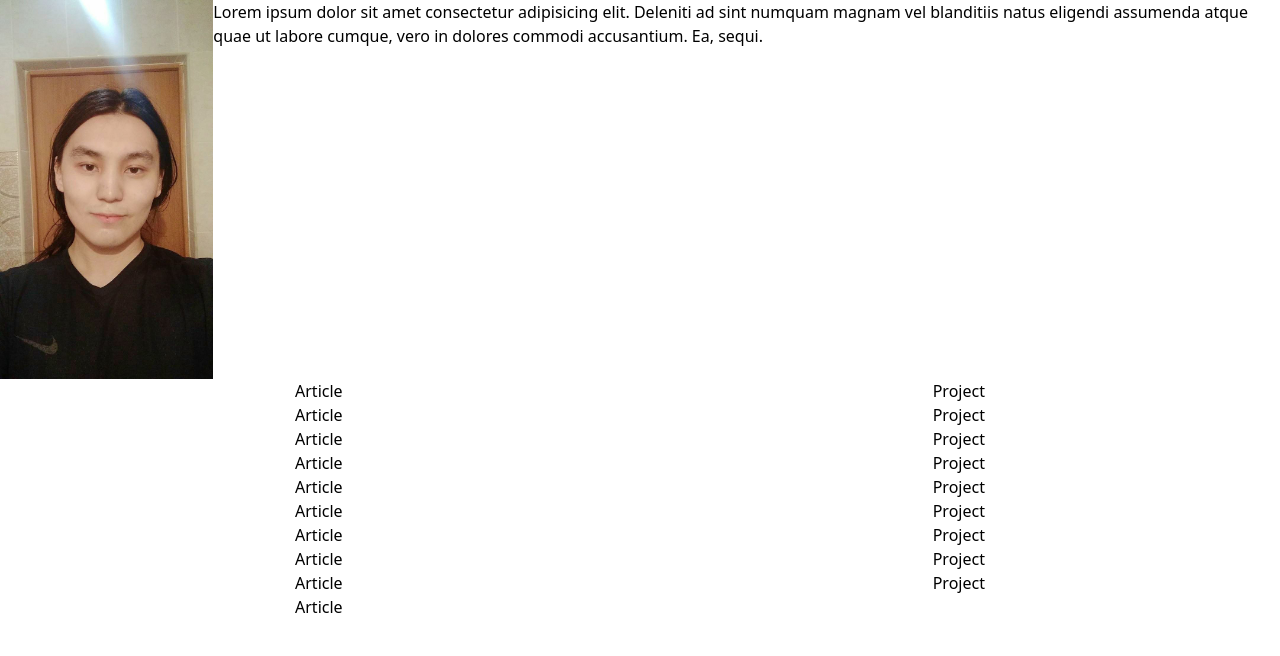
Repository: SkuldFuture/my-app
Page: /
An editor plug-in stored every save of this project. The page is shown before and after the next save, followed by the edit.
The browser window is 1280 px wide. The pictures show the whole page.
The project was rebuilt for these pictures with package versions that can differ from the ones it lists, and the page was loaded fresh each time. Also part of the build but not shown: src/App.css.

Above is the page before, as saved 2023-02-13 18:50:59.

### src/pages/Home.tsx
import { Articles } from "../components/Articles";
import { Header } from "../components/Header";
import { Projects } from "../components/Projects";

export function Home() {
  return (
    <>
      <Header />
      <div className="flex flex-row justify-around">
        <ul>
        <Articles />
        </ul>
        <ul>
        <Projects />
        </ul>
      </div>
    </>
  );
}

### src/components/Articles.tsx
import { Article } from "./Article";

export function Articles() {
  return (
    <>
      <Article />
      <Article />
      <Article />
      <Article />
      <Article />
      <Article />
      <Article />
      <Article />
      <Article />
      <Article />
    </>
  );
}

### src/components/Header.tsx
import React from "react";
import { Biography } from "./Biography";
import { RezumePhoto } from "./RezumePhoto";

export function Header() {
  return (
    <div className="flex flex-row justify-between">
      <RezumePhoto />
      <Biography />
    </div>
  );
}

### src/components/Projects.tsx
import React from "react";
import { Project } from "./Project";

export function Projects() {
  return (
    <>
      <Project />
      <Project />
      <Project />
      <Project />
      <Project />
      <Project />
      <Project />
      <Project />
      <Project />
    </>
  );
}

### src/components/Article.tsx
import React from 'react'

export function Article() {
  return (
    <div>Article</div>
  )
}

### src/components/Biography.tsx
import React from 'react'

export function Biography() {
  return (
    <div>Lorem ipsum dolor sit amet consectetur adipisicing elit. Deleniti ad sint numquam magnam vel blanditiis natus eligendi assumenda atque quae ut labore cumque, vero in dolores commodi accusantium. Ea, sequi.</div>
  )
}

### src/components/RezumePhoto.tsx
import React from 'react'

export function RezumePhoto() {
  return (
    <img className='w-1/6' src={require("../assets/photo.jpg")} alt="Me" />
  )
}

### src/components/Project.tsx
import React from 'react'

export function Project() {
  return (
    <div>Project</div>
  )
}

Loaded but not shown: public/index.html (common file); src/index.tsx (common file); src/index.css (common file); src/App.tsx (common file); tailwind.config.js (common file)

After the next save:
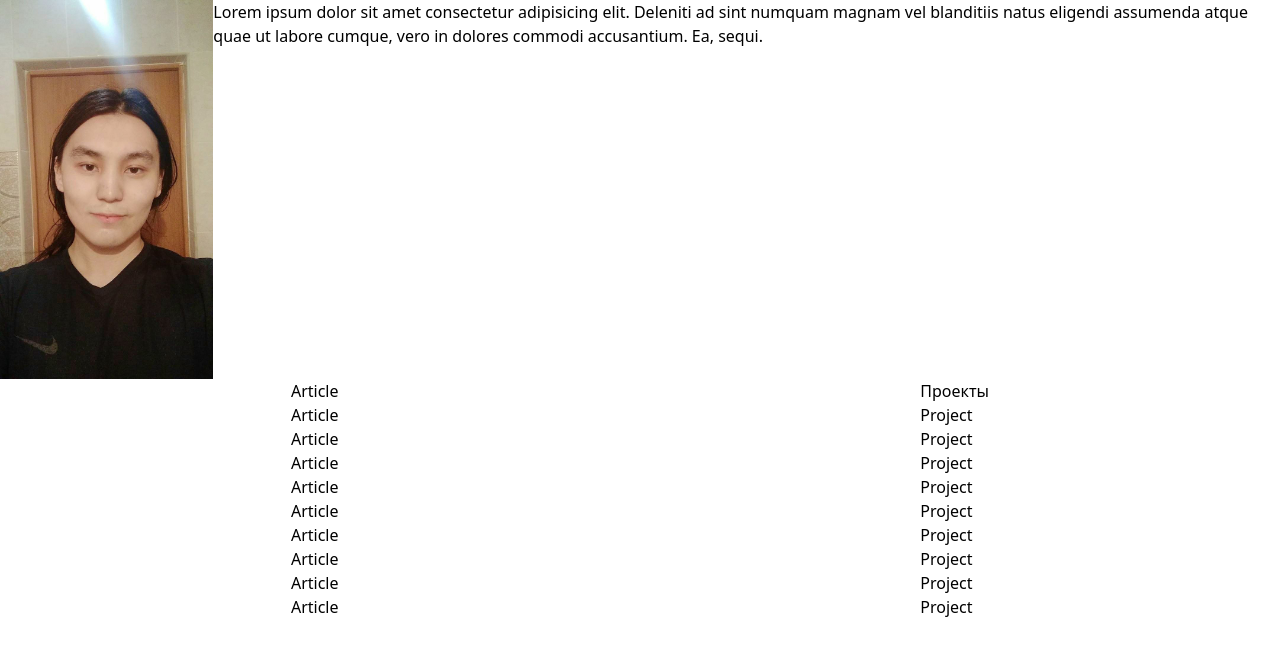
Saved 98 s later.
--- a/src/components/Projects.tsx
+++ b/src/components/Projects.tsx
@@ -4,6 +4,7 @@ import { Project } from "./Project";
 export function Projects() {
   return (
     <>
+      <h2>Проекты</h2>
       <Project />
       <Project />
       <Project />
